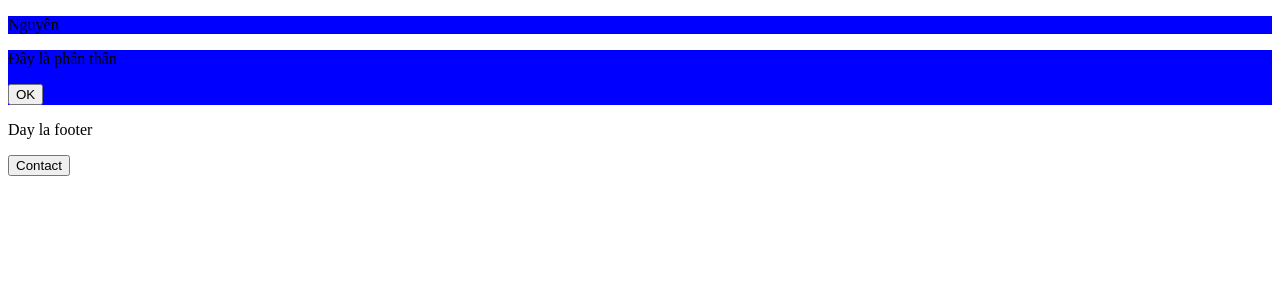
Repository: nguyenary/LeanSASS
Page: index.html
These files come from the project's save history. The page is drawn as it stood at one moment and after the next save; the edit follows.
The browser window is 1280 px wide. The pictures show the whole page.
The style sheet was rebuilt from its Sass, Less or Tailwind sources for each picture, by a compiler version that may differ from the author's.

Above is the page before, as saved 2021-09-04 22:44:06.

### index.html
<!DOCTYPE html>
<html lang="en">
<head>
    <meta charset="UTF-8">
    <meta http-equiv="X-UA-Compatible" content="IE=edge">
    <meta name="viewport" content="width=device-width, initial-scale=1.0">
    <link rel="stylesheet" href="style/index.css">
    <title>Document</title>
</head>
<body>
    <header>
        <p>Nguyên</p>
    </header>
    <section>
        <p>Đây là phần thân</p>
        <button class="btn">OK</button>
    </section>
    <footer>
        <p>Day la footer</p>
        <button>Contact</button>
    </footer>
</body>
</html>

### style/index.scss
$main-color: blue;

header {
    background-color: $main-color;
}

section {
    background-color: $main-color;
}

After the next save:
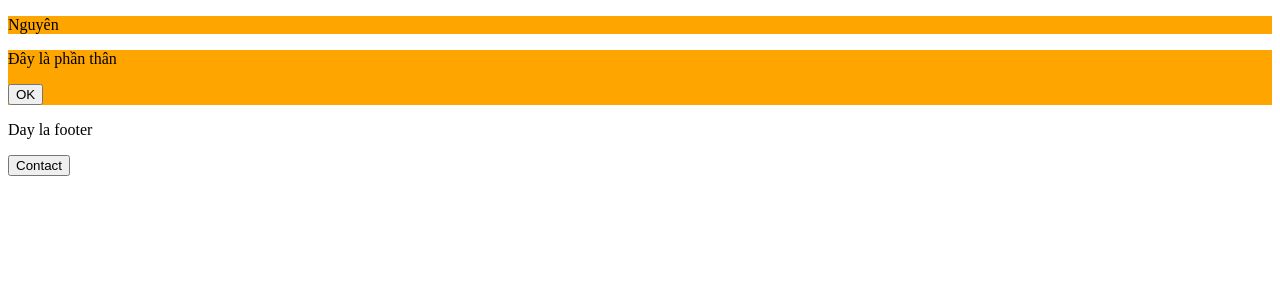
Saved 13 s later.
--- a/style/index.scss
+++ b/style/index.scss
@@ -1,4 +1,4 @@
-$main-color: blue;
+$main-color: orange;
 
 header {
     background-color: $main-color;
